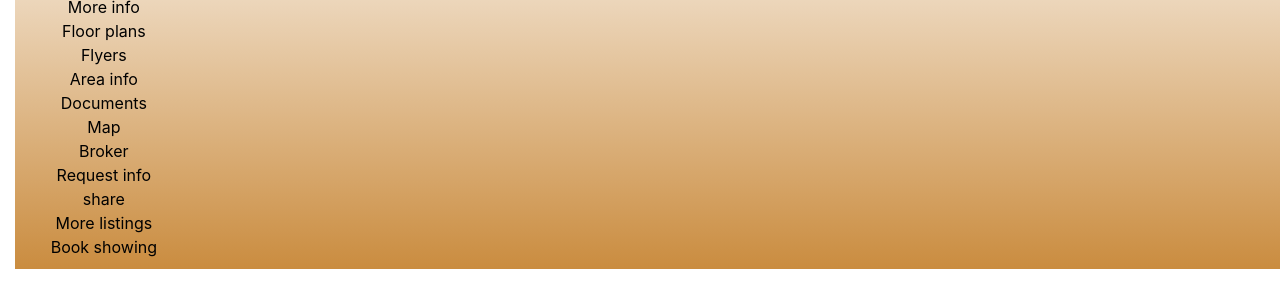
Repository: TMuse333/real-estate-landingpage
Page: /
An editor plug-in stored every save of this project. The page is shown before and after the next save, followed by the edit.
The browser window is 1280 px wide. The pictures show the whole page.
The project was rebuilt for these pictures with package versions that can differ from the ones it lists, and the page was loaded fresh each time. Also part of the build but not shown: vite.config.js.

Above is the page before, as saved 2023-09-19 16:12:03.

After the next save:
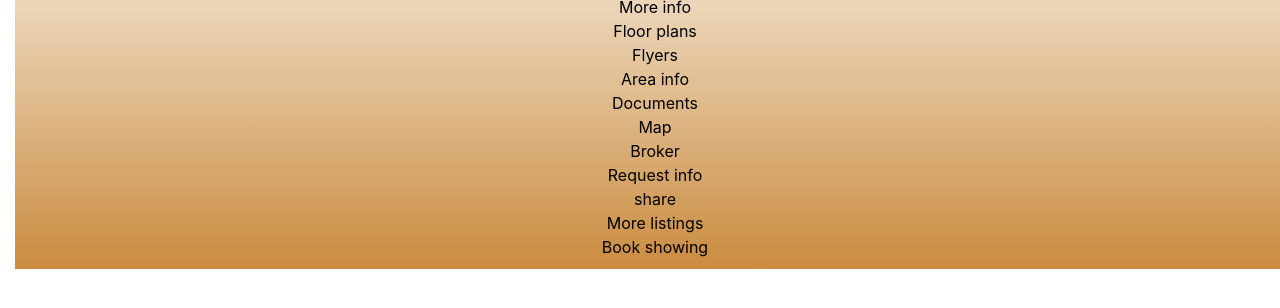
Saved 7 s later.
--- a/src/App.css
+++ b/src/App.css
@@ -66,10 +66,7 @@ gap:10px;
   .nav-list{
     display: grid;
     grid-column: 20px 20px;
-    align-items: center;
-    justify-content: space-between;
-    padding-left: 20px;
-    padding-right: 20px;
+
     width: 100%;
   }
 
